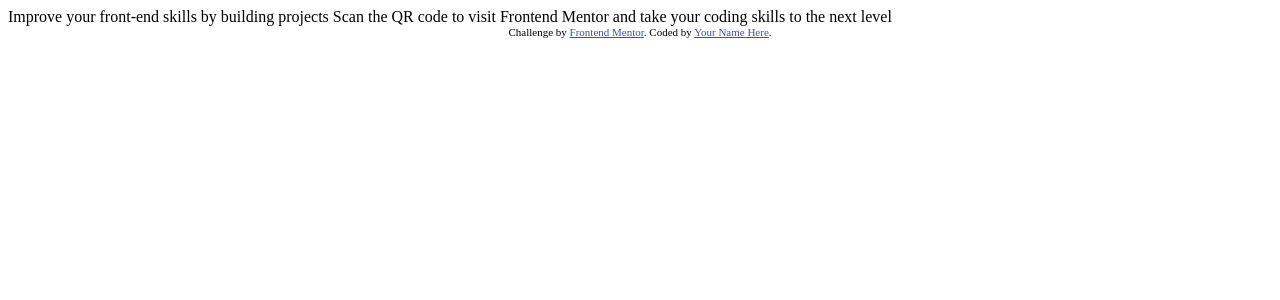
Repository: ilvis14/QR-code-component
Page: index.html
The author's editor kept a copy of each file at every save. The page is drawn from the files as they stood at one save, then again after the next save.
The browser window is 1280 px wide. The pictures show the whole page.

Above is the page before, as saved 2023-04-18 18:48:48.

### index.html
<!DOCTYPE html>
<html lang="en">
<head>
  <meta charset="UTF-8">
  <meta name="viewport" content="width=device-width, initial-scale=1.0"> <!-- displays site properly based on user's device -->

  <link rel="icon" type="image/png" sizes="32x32" href="./images/favicon-32x32.png">

  <title>Frontend Mentor | QR code component</title>

  <!-- Feel free to remove these styles or customise in your own stylesheet 👍 -->
  <style>
    .attribution { font-size: 11px; text-align: center; }
    .attribution a { color: hsl(228, 45%, 44%); }
  </style>
</head>
<body>

  Improve your front-end skills by building projects

  Scan the QR code to visit Frontend Mentor and take your coding skills to the next level

  <div class="attribution">
    Challenge by <a href="https://www.frontendmentor.io?ref=challenge" target="_blank">Frontend Mentor</a>.
    Coded by <a href="#">Your Name Here</a>.
  </div>
</body>
</html>

### styles/styles.css
@import "normalize.css";

Loaded but not shown: styles/normalize.css (library)

After the next save:
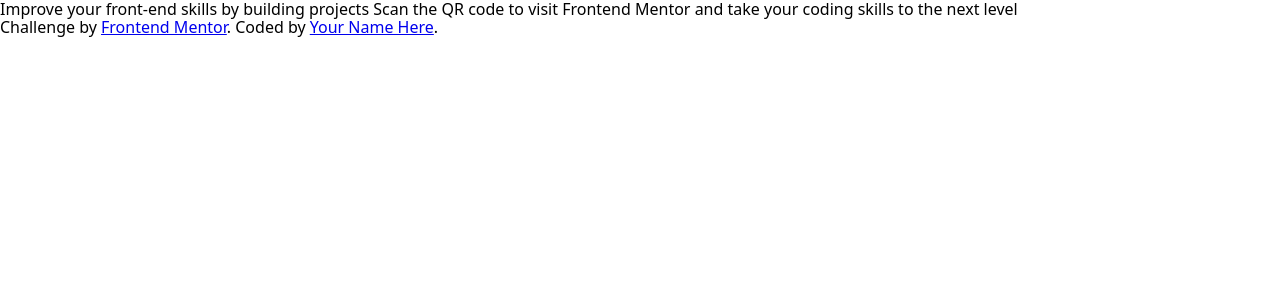
Saved 6 min 14 s later.
--- a/index.html
+++ b/index.html
@@ -3,16 +3,12 @@
 <head>
   <meta charset="UTF-8">
   <meta name="viewport" content="width=device-width, initial-scale=1.0"> <!-- displays site properly based on user's device -->
-
+  <link rel="stylesheet" href="/styles/styles.css">
   <link rel="icon" type="image/png" sizes="32x32" href="./images/favicon-32x32.png">
 
   <title>Frontend Mentor | QR code component</title>
 
   <!-- Feel free to remove these styles or customise in your own stylesheet 👍 -->
-  <style>
-    .attribution { font-size: 11px; text-align: center; }
-    .attribution a { color: hsl(228, 45%, 44%); }
-  </style>
 </head>
 <body>
 
